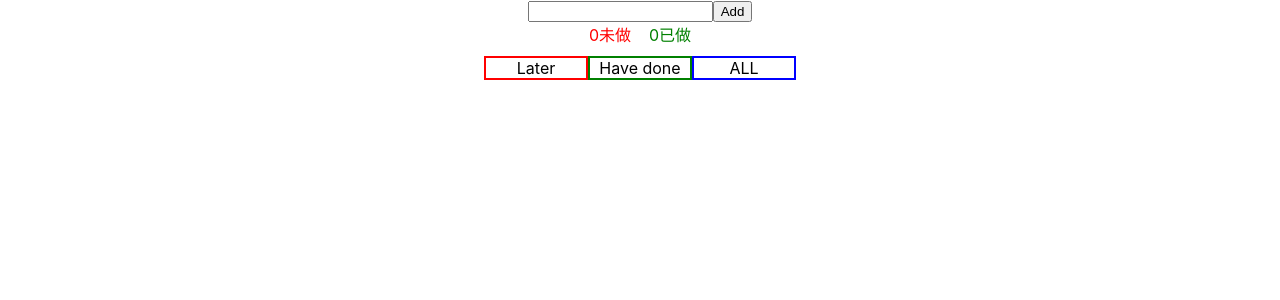
Repository: yurensmile/todolist
Page: /
The author's editor kept a copy of each file at every save. The page is drawn from the files as they stood at one save, then again after the next save.
The browser window is 1280 px wide. The pictures show the whole page.
The project was rebuilt for these pictures with package versions that can differ from the ones it lists, and the page was loaded fresh each time. Also part of the build but not shown: src/All.js, src/HaveDone.js.

Above is the page before, as saved 2019-03-20 16:58:34.

### src/App.js
import React, { Component } from 'react';
import Todos from './Todos'
import './App.css';

class App extends Component {

  constructor() {
    super();
    this.state={
      inputValue: '',
      laters: [],
      havedones: [],
      checked: false,
      id: 1
    };
    this.updateHavedone = this.updateHavedone.bind(this);
    this.updateLaters = this.updateLaters.bind(this);
  }

  handleOnClick() {
    this.setState(state =>{
      const laters = state.laters.concat(state.inputValue);

      return {
        laters,
        inputValue: ""
      }
    })
    console.log(this.state.all);
  }
  updateInputValue(e) {
    this.setState({
      inputValue: e.target.value
    })
  }

// 点击了三栏内容
  contentOnclick(e) {
    let choice = e.target.innerHTML;
    this.setState((preState)=>{
      switch(choice){
        case "Later": return {id: 1};
        case "Have done": return {id: 2};
        case "ALL": return {id: 3};
        default: return {id:1};
      }
    })
  }

 // 如果todo中的某个被点击，则在todo中删除，并添加到havedone中
  updateHavedone(index, item){
    this.setState(state => {
      let n = state.laters.indexOf(item);
      let tem = state.laters.slice();
      tem.splice(n, 1);
      let havedones = state.havedones.concat(item);
      return ({
        havedones,
        laters: tem
      })
    })
  }

// 如果havedone中的某个被点击，则在havedone中删除，并添加到later中
  updateLaters(index, item){
    console.log("this is updatelaters");
    this.setState(state => {
      let n = state.havedones.indexOf(item);
      let tem = state.havedones.slice();
      tem.splice(n, 1);
      let laters = state.laters.concat(item);
      return({
        laters,
        havedones: tem
      })
    })
  }

  render() {
    return (
      <div className="App">
        <input type="text" hint="input what you will do" name="todo" value={this.state.inputValue} onChange={this.updateInputValue.bind(this)}/>
        <button onClick={this.handleOnClick.bind(this)}>Add</button><br/>
        <span style={{color: "red"}}>{this.state.laters.length}未做&nbsp;&nbsp;&nbsp;&nbsp;</span>
        <span style={{color: "green"}}>{this.state.havedones.length}已做</span>
        <div id="content" onClick={this.contentOnclick.bind(this)}>
          <div className="choice later">Later</div>
          <div className="choice havedone" >Have done</div>
          <div className="choice all">ALL</div>
        </div>
        {/* 列表内容 */}
        <Todos
          id={this.state.id}
          laters={this.state.laters}
          havedones={this.state.havedones}
          all={this.state.all}
          updateHavedones={this.updateHavedone}
          updateLaters={this.updateLaters}
        />
      </div>
    );
  }
}

export default App;

### src/Todos.js
import React, { Component } from 'react';
import All from './All'
import HaveDone from './HaveDone'
import Later from './Later'

class Todos extends Component{

  render(){
    return(
      <div>
        {
          (()=>{
            switch(this.props.id){
              case 1: return <Later laters={this.props.laters}
                                  updateHavedones={this.props.updateHavedones}
                                  />;
              case 2: return <HaveDone havedones={this.props.havedones}
                                  updateLaters={this.props.updateLaters}
                                  />;
              case 3: return <All laters={this.props.laters} havedones={this.props.havedones}/>
              default: console.log("sofunny");
            }

          })()}
      </div>
    )
  }
}
export default Todos;

### src/App.css
.App {
  text-align: center;
}

input[type="checkbox"]{
  visibility: hidden;
}

ul{
  list-style-type: none;
}
li{
  display: inline-block;
  width: 100px;
  height: 40px;
  line-height: 30px;
  height: 30px;
  margin-bottom: 4px;
}
.choice{
  margin-top: 10px;
  display: inline-block;
  width: 100px;
  text-align: center;
  border:2px solid rgb(197, 193, 193);
}
.later{
  border-color: red;
}
.havedone{
  border-color: green;
}
.all{
  border-color: blue;
}

.toggle{
  display: inline-block;
}
.App-link {
  color: #61dafb;
}

### src/Later.js
import React, { Component } from 'react';

class Later extends Component{
  constructor(props){
    super(props);
    this.state = {
      checked: false,
    };
  }

  // 点击了todo 列表的内容
  handleTodoOnclick(checked, index, item, e){
    // if e.target is not text
        // let box = e.target.previousSibling;
        this.setState((preState)=>{
          return {checked: !preState.checked}
        });
        if(checked){
          // thing to later
          // box.checked = false;
        }else{
          // thing to have done
          // box.checked = true;
  //如果later中的某个被点击，则在later中删除，并添加到havedone中
          this.props.updateHavedones(index, item);
        }
      }
  render(){
    return (
      <ul>
        {this.props.laters.map((item, index)=>{
          return (
            <div onClick={
              this.handleTodoOnclick.bind(this, this.state.checked, index, item)
              }>
              <input className="toggle" type="checkbox"/>
              <li style={{color: "red"}} key={index}>{item}</li>
            </div>
          )
        })}
      </ul>
    )
  }
}

export default Later;

Loaded but not shown: public/index.html (common file); src/index.js (common file); src/index.css (common file); src/serviceWorker.js (common file)

After the next save:
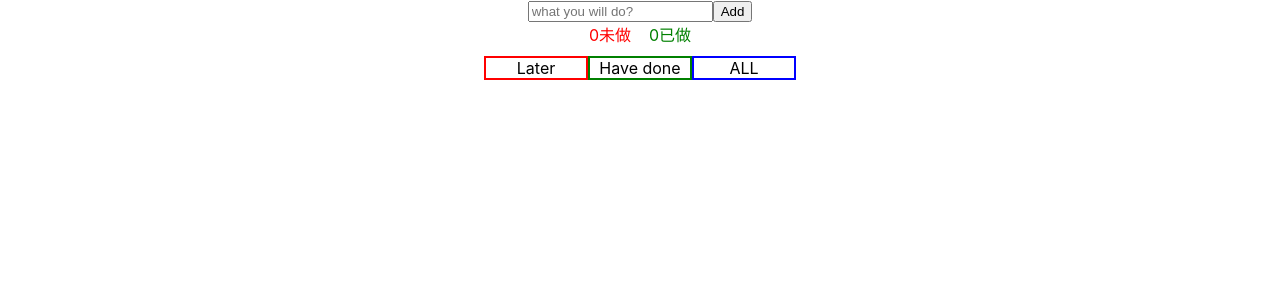
Saved 56 s later.
--- a/src/App.js
+++ b/src/App.js
@@ -1,5 +1,6 @@
 import React, { Component } from 'react';
 import Todos from './Todos'
+import { Button } from 'element-react';
 import './App.css';
 
 class App extends Component {
@@ -79,7 +80,7 @@ class App extends Component {
   render() {
     return (
       <div className="App">
-        <input type="text" hint="input what you will do" name="todo" value={this.state.inputValue} onChange={this.updateInputValue.bind(this)}/>
+        <input type="text" placeholder="what you will do?" name="todo" value={this.state.inputValue} onChange={this.updateInputValue.bind(this)}/>
         <button onClick={this.handleOnClick.bind(this)}>Add</button><br/>
         <span style={{color: "red"}}>{this.state.laters.length}未做&nbsp;&nbsp;&nbsp;&nbsp;</span>
         <span style={{color: "green"}}>{this.state.havedones.length}已做</span>
